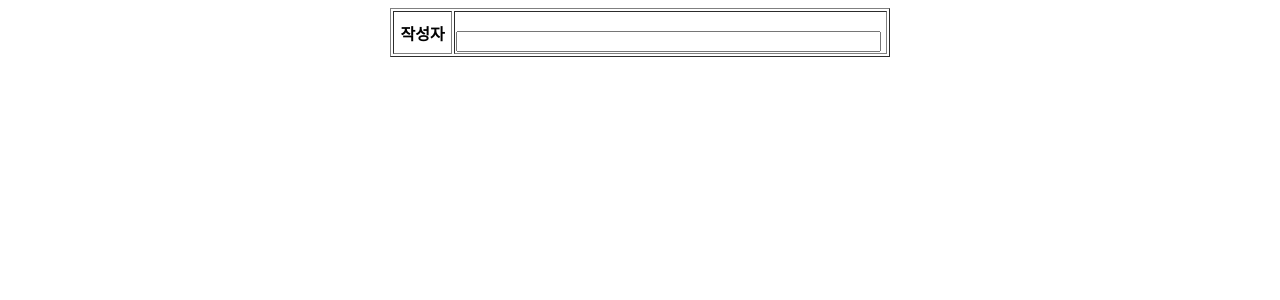
Repository: seminocoe/JSP_STUDY
Page: ServletProject/src/main/webapp/bbs/write.html
These files come from the project's save history. The page is drawn as it stood at one moment and after the next save; the edit follows.
The browser window is 1280 px wide. The pictures show the whole page.

Above is the page before, as saved 2022-07-27 05:11:14.

After the next save:
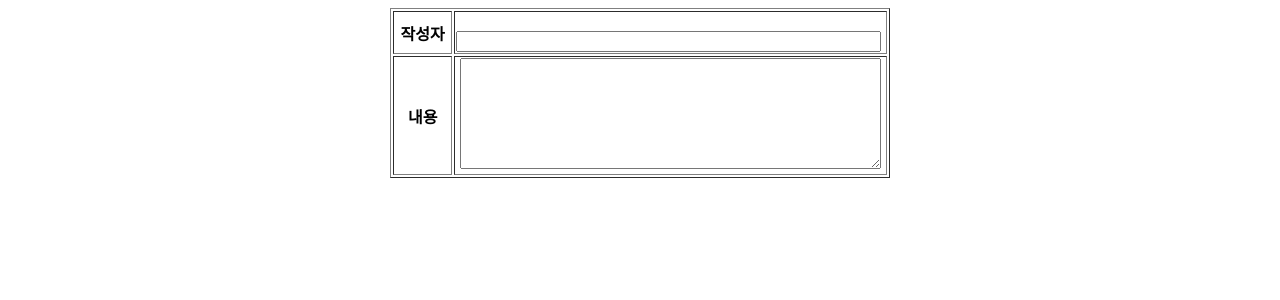
Saved 4 min 8 s later.
--- a/ServletProject/src/main/webapp/bbs/write.html
+++ b/ServletProject/src/main/webapp/bbs/write.html
@@ -14,6 +14,13 @@
 			<input type = "text" name ="writer" size = "50"></td>
 		</tr>
 
+		<tr>
+			<th>내용</th>
+			<td>
+				&nbsp;<textarea rows="7" cols="50" name = "memo"></textarea>
+			</td>
+		</tr>
+
 	</table>
 </form>
 </body>
